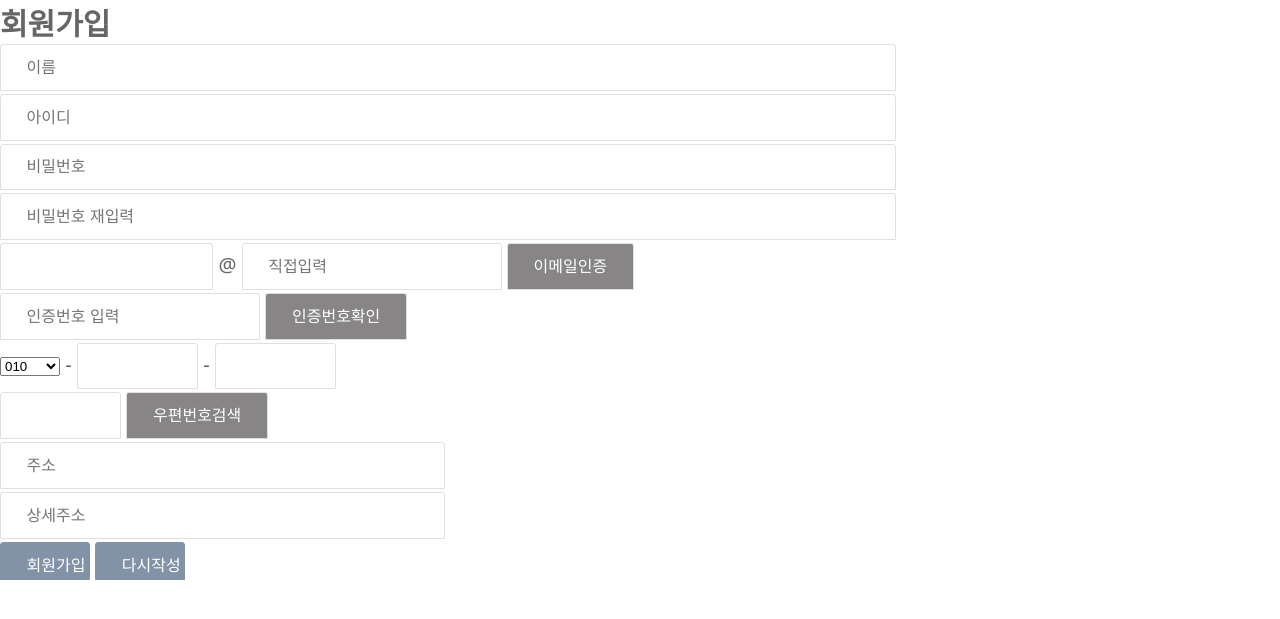
Repository: keepsus/gaebokchi
Page: http://localhost/uzuslime/member/memberWriteForm.jsp
The author's editor kept a copy of each file at every save. The page is drawn from the files as they stood at one save, then again after the next save.
The browser window is 1280 px wide. The pictures show the whole page.
Some web fonts or font styles are not loaded; a fallback is used. The page is served by Tomcat 9. Nobody is signed in. The application's start-up code is not run. Other server files are loaded and not shown.

Above is the page before, as saved 2021-02-01 06:30:20.

### uzuslime/src/main/webapp/member/memberWriteForm.jsp
<%@ page language="java" contentType="text/html; charset=UTF-8"
    pageEncoding="UTF-8"%>

    <link rel="stylesheet" href="/slime/css/memberWriteForm.css">
    <link rel="preconnect" href="https://fonts.gstatic.com">
    <link href="https://fonts.googleapis.com/css2?family=Raleway:ital,wght@0,200;0,300;0,400;0,500;1,300;1,400&display=swap" rel="stylesheet">


<form name="memberWriteForm" method="post" action="/slime/member/write">
	<div>
	    <h2 class="modal-header">회원가입</h2>
	</div>


	<article name="memberSignUpForm" class="signUpForm" >
	    <div class="input-text">
	        <input type="text" name="member_name" size="25" placeholder="이름">
	        <div id="nameDiv"></div>
	    </div>


	    <div class="input-text">
	        <input type="text" class="member_id" id="member_id" name="member_id" size="25" placeholder="아이디">
	        <input type="hidden" id="check" value="">
	      <div id="idDiv"></div>

	    </div>


	    <div class="input-text">
	        <input type="password" class="sign-pwd" name="member_pw" size="25" placeholder="비밀번호">
	        <div id="pwdDiv"></div>
	    </div>


	    <div class="input-text">
	        <input type="password" class="sign-repwd" name="repw" size="25" placeholder="비밀번호 재입력">
	        <div id="repwdDiv"></div>
	    </div>


	    <div class="signUp-email-form">
	        <input type="text" class="sign-email1" name="email1" size="15">
	        @
	        <input type="email" class="sign-email2" name="email2" list="email2" placeholder="직접입력">
	        <datalist id="email2">
	            <option value="gmail.com">
	            <option value="naver.com">
	            <option value="hanmail.net">
	        </datalist>
	        <input type="button" class="emailBtn" value="이메일인증" id="emailBtn"><br>
	         <input type="text" class="checkEmail" name="checkEmail" placeholder="인증번호 입력">
	        <input type="button" class="emailCheckBtn" value="인증번호확인" id="emailCheckBtn"><br>
	    </div>


	    <div class="signUp-phone-form">
	        <select name="tel1" class="sign-tel1" style="width: 60px;">
	            <option value="010">010
	            <option value="011">011
	            <option value="019">019
	        </select>
	         -
	         <input type="text" class="sign-tel2" name="tel2" size="5">
	         -
	         <input type="text" class="sign-tel3" name="tel3" size="5">
	    </div>


	    <div class="signUp-address-form">
	        <input type="text" class="sign-post" id="postcode" name="zipcode" size="5" readonly>
	        <input type="button" class="checkPostBtn" value="우편번호검색" id="checkPostBtn"><br>
	        <input type="text" class="sign-address" id="address" name="addr1" size="40"  readonly placeholder="주소"><br>
	        <input type="text" class="sign-detail" id="detailAddress" name="addr2" size="40" placeholder="상세주소">
	    </div>


	    <div class="signUp-btn-box">
	        <input type="button" id="writeBtn" value="회원가입">
	        <input type="reset" value="다시작성">
	    </div>
	</article>

	<input type="hidden" name="email_key" value="0">	<!— 일단 0으로 처리 —>
	<input type="hidden" name="admin_yn" value="0">		<!— 관리자는 1, 그 외는 0 —>

</form>
<script type="text/javascript" src="https://code.jquery.com/jquery-3.5.1.min.js"></script>	<!— 위아래 순서가 바뀌면 안된다 —>
<script type="text/javascript" src="/slime/js/member.js?ver=1"></script>	<!— 위아래 순서가 바뀌면 안된다 —>

### uzuslime/src/main/webapp/css/memberWriteForm.css
@charset "UTF-8";
* {
    margin: 0px;
    padding: 0px;
    box-sizing: border-box;
}

html {
    background-color: #fff;
    color: rgba(85, 85, 85, 0.897);
    font-family: 'Raleway','Noto Sans Korean','Apple SD Gothic Neo', 'Malgun Gothic','Nanum Gothic', 'Noto Sans','sans-serif';
    font-weight: 300px;
    font-size: 20px;
    text-rendering: optimizeLegibility;
    /* 반응형 웹사이트를 만드려고 기준으로 두었다. 폰트사이즈를 20px을 기본으로 주면 다른 태그에서 %를 사용해서 변경해주면
    폰트 사이즈를 바꿔줄때마다 웹사이트의 폰트 사이즈가 자동으로 바뀔 것이다. */
}

.modal-header{
	margin-botton: 8%;

}

.memberSignUpForm{
	text-align: center;
}

.input-text input{
    width: 70%;
    padding: 1% 2%;
    line-height: 1.2;
    border-radius: 3px 3px 0 0;
    border: 1px solid #e0e0e0;
    font-size: 80%;
    margin-bottom: 3px;
}

.emailBtn,.emailCheckBtn,.checkPostBtn{
    background-color: #fff;
    color: rgba(85, 85, 85, 0.897);
    border: 1px solid #e0e0e0;
    text-decoration: none;
    cursor: pointer;
    border-radius: 3px 3px 0 0;
}

.emailBtn,.emailCheckBtn,.checkPostBtn,.writeBtn:hover{
    transition: 0.4s;
    background-color: rgba(78, 76, 76, 0.678);
    color: white;
}

.signUp-email-form input {
	padding: 1% 2%;
    line-height: 1.2;
    border-radius: 3px 3px 0 0;
    border: 1px solid #e0e0e0;
    font-size: 80%;
    margin-bottom: 3px;
}

.signUp-phone-form input {
	padding: 1% 2%;
    line-height: 1.2;
    border-radius: 3px 3px 0 0;
    border: 1px solid #e0e0e0;
    font-size: 80%;
    margin-bottom: 3px;
}

.signUp-address-form input {
	padding: 1% 2%;
    line-height: 1.2;
    border-radius: 3px 3px 0 0;
    border: 1px solid #e0e0e0;
    font-size: 80%;
    margin-bottom: 3px;
}

.signUp-btn-box input{
	padding: 1% 2%;
    line-height: 1.2;
    border-radius: 3px 3px 0 0;
    border: 1px solid #8393a7;
    background-color: #8393a7;
    font-size: 80%;
    color :white;
    margin-bottom: 3px;
    width: 90px;
    height:38px;
    cursor:pointer;
}

### uzuslime/src/main/webapp/js/member.js
//로그인
$('#loginBtn').click(function(){
	$('#loginIdDiv').empty();
	$('#loginPwdDiv').empty();

	if($('#loginId').val()==''){
		$('#loginIdDiv').text('아이디를 입력')
						.css('color','red')
						.css('font-size','8pt')
						.css('font-weight','bold');

	}else if($('#loginPwd').val()==''){
		$('#loginPwdDiv').text('비밀번호를 입력')
						 .css('color','red')
						 .css('font-size','8pt')
						 .css('font-weight','bold');
	}else{
		$.ajax({
			type : 'post',
			url: '/slime/member/login',
			data: {'member_id': $('#loginId').val(), 'pwpwpw': $('#loginPwd').val()},

			dataType: 'text',
			success: function(data){
				if(data == 'success'){
					location.href = '/slime/index.jsp';

				}else if(data == 'fail'){

					alert('잘못된 정보입니다. 다시 입력해주세요.');
				}
			},//success
			error: function(err){
				console.log(err);
			}//error

		});//ajax
	}//else
});//click

//회원가입
$('#writeBtn').click(function(){
	$('#nameDiv').empty();
	$('#idDiv').empty();
	$('#pwdDiv').empty();
	$('#repwdDiv').empty();
	$('#emailDiv').empty();
	var idReg = /^[A-za-z0-9]/g;
	//아이디 한글못넣게 하는 것
	//[영문 대문자 또는 소문자로 시작하는 아이디, 끝날때 제한 없음]

	//if($('#name').val()==''){ -> 방법 1
	//if($('input[id=member_name]').val()==''){ -> 방법 2
	//id 속성이용은 2가지 방법 모두 가능
	if($('input[id=member_name]').val()==''){
		$('#nameDiv').text('이름을 입력하세요');
		$('#nameDiv').css('color','red');
		$('#nameDiv').css('font-size','8pt');
		$('#nameDiv').css('font-weight','bold');

	}else if($('#member_id').val()==''){	//id 속성이용
		$('#idDiv').text('아이디를 입력하세요');
		$('#idDiv').css('color','red');
		$('#idDiv').css('font-size','8pt');
		$('#idDiv').css('font-weight','bold');

	}else if( !idReg.test( $("input[id=member_id]").val() ) ){
		$('#idDiv').text('아이디는 영문자로 시작하는 6~20자 영문자 또는 숫자이어야 합니다.');
		$('#idDiv').css('color','red');
		$('#idDiv').css('font-size','8pt');
		$('#idDiv').css('font-weight','bold');

	}else if($('input[name=member_pw]').val()==''){
		$('#pwdDiv').text('비밀번호를 입력하세요')
		$('#pwdDiv').css('color','red')
		$('#pwdDiv').css('font-size','8pt')
		$('#pwdDiv').css('font-weight','bold');

	}else if($('input[name=repw]').val() != $('input[name=member_pw]').val()){
		$('#repwdDiv').text('비밀번호가 맞지 않습니다')
		$('#repwdDiv').css('color','red')
		$('#repwdDiv').css('font-size','8pt')
		$('#repwdDiv').css('font-weight','bold');

	}else if($('#member_id').val() != $('#check').val()){
		$('#idDiv').text('중복체크 하세요')
		$('#idDiv').css('color','red')
		$('#idDiv').css('font-size','8pt')
		$('#idDiv').css('font-weight','bold');

	}else if($('input[name=email1]').val()==''||$('input[name=email2]').val()==''){
		$('#emailDiv').text('이메일을 입력하세요')
		$('#emailDiv').css('color','red')
		$('#emailDiv').css('font-size','8pt')
		$('#emailDiv').css('font-weight','bold');

	}else{
		$('form[name=memberWriteForm]').submit();
	}
});

//중복 아이디 체크
$('#member_id').focusout(function(){
	if($('#member_id').val()==''){
		$('#idDiv').text('먼저 아이디를 입력하세요')
		$('#idDiv').css('color','magenta')
		$('#idDiv').css('font-size','8pt')
		$('#idDiv').css('font-weight','bold');

	}else{
		$.ajax({
			type: 'post',
			url: '/slime/member/checkId',
			data: 'member_id='+$('#member_id').val(),
			dataType: 'text',
			success: function(data){
				if(data == 'exist'){
					$('#idDiv').text('사용 불가능')
					$('#idDiv').css('color','magenta')
					$('#idDiv').css('font-size','8pt')
					$('#idDiv').css('font-weight','bold');

				}else if(data == 'non_exist'){
					$('#check').val($('#member_id').val());

					$('#idDiv').text('사용 가능')
					$('#idDiv').css('color','blue')
					$('#idDiv').css('font-size','8pt')
					$('#idDiv').css('font-weight','bold');
				}
			}
		});
	}
});

//우편번호
$('#checkPostBtn').click(function(){
	window.open("/slime/member/memberCheckPost", "zipcode", "width=700 height=500 scrollbars=yes");
});

$('#checkPostSearchBtn').click(function(){
	$.ajax({
		type: 'post',
		url: '/slime/member/checkPostSearch',
		data: $('#memberCheckPostForm').serialize(),	//serialize : '변수=값&변수=값'
		dataType: 'json',
		success: function(data){
			//alert(JSON.stringify(data));

			$('#checkPostTable tr:gt(2)').remove();

			$.each(data.list, function(index, items){
				var address = items.sido+' '
							+ items.sigungu+' '
							+ items.yubmyundong+' '
							+ items.ri+' '
							+ items.roadname+' '
							+ items.buildingname;

				address = address.replace(/null/g, '');

				$('<tr/>').append($('<td/>',{
					align: 'center',
					text: items.zipcode

				})).append($('<td/>',{
					colspan: '3',
					}).append($('<a/>',{
						href: '#',
						id: 'addressA',
						text: address
					}))
				).appendTo($('#checkPostTable'));
			});//each

			$('a').click(function(){
				//alert($(this).prop('tagName'));
				//alert($(this).parent().prev().text());

				$('#postcode', opener.document).val($(this).parent().prev().text());
				$('#address', opener.document).val($(this).text());
				$('#detailAddress', opener.document).focus();
				window.close();
			});
		},
		error: function(err){
			console.log(err);
		}
	});
});

//회원정보수정
$('#modifyBtn').click(function(){
	$('#nameDiv').empty();
	$('#pwdDiv').empty();
	$('#repwdDiv').empty();

	if($('#member_name').val()==''){
		$('#nameDiv').text('이름을 입력하세요');
		$('#nameDiv').css('color','red');
		$('#nameDiv').css('font-size','8pt');
		$('#nameDiv').css('font-weight','bold');

	}else if($('input[name=member_pw]').val()==''){
		$('#pwdDiv').text('비밀번호를 입력하세요')
		$('#pwdDiv').css('color','red')
		$('#pwdDiv').css('font-size','8pt')
		$('#pwdDiv').css('font-weight','bold');

	}else if($('input[name=repw]').val() != $('input[name=member_pw]').val()){
		$('#repwdDiv').text('비밀번호가 맞지 않습니다')
		$('#repwdDiv').css('color','red')
		$('#repwdDiv').css('font-size','8pt')
		$('#repwdDiv').css('font-weight','bold');

	}else{
		$.ajax({
			type: 'post',
			url: '/slime/member/modify',
			data: $('#memberModifyForm').serialize(),	//serialize : '변수=값&변수=값'
			success: function(){
				alert('회원정보수정 완료');
				location.href='/slime/mypage/myPageOrder.jsp';
			},
			error: function(err){
				console.log(err);
			}
		});
	}
});

//아이디 찾기
$('#searchBtn').click(function(){
	$.ajax({
		type: 'post',
		url: '/slime/member/memberIdSearch',
		data: $('#memberSearch').serialize(),
		dataType: 'text',
		success: function(data){
			alert("회원님의 ID는 "+data+" 입니다");
			location.href='/slime/index.jsp';
		},
		error: function(err){
			alert("틀린 정보입니다. 다시 확인해주세요.")
			console.log(err);
		}
	});
});


//이메일 인증 보내기
$('#emailBtn').click(function(){
	$('#emailDiv').empty();
	if($('input[name=email1]').val()==''||$('input[name=email2]').val()==''){
		$('#emailDiv').text('이메일을 입력하세요');
		$('#emailDiv').css('color','red');
		$('#emailDiv').css('font-size','8pt');
		$('#emailDiv').css('font-weight','bold');

	}else{
		$.ajax({
			type: 'post',
			url: '/slime/member/sendEmail',
			data: 'e_mail='+$('#email1').val()+'@'+$('#email2').val(),
			dataType: 'json',
			success: function(data){
				$('#emailDiv').text('이메일이 발송되었습니다. 인증번호를 입력헤주세요');
				$('#emailDiv').css('color','red');
				$('#emailDiv').css('font-size','8pt');
				$('#emailDiv').css('font-weight','bold');
				console.log('이메일 data ='+ JSON.stringify(data));//data가 들어오는것인가?이상한게 찍힌다.
				$('#checkEmailR').val(data.dice);//받은 인증번호를 jsp에 있는 hidden 속성에 넣어주기
			},
			error: function(err){
				console.log(err);
			}
		});
	}

});


//이메일 인증번호 확인
$('#emailCheckBtn').click(function(){
	$('#emailDiv').empty();

	if($('input[id=checkEmail]').val()==''){
		$('#emailDiv').text('이메일 인증번호를 입력해주세요 ')
		$('#emailDiv').css('color','magenta')
		$('#emailDiv').css('font-size','8pt')
		$('#emailDiv').css('font-weight','bold');

	}else{
		if
		(document.getElementById('checkEmail').value == document.getElementById('checkEmailR').value){
			$('#emailDiv').text('인증되었습니다.')
			$('#emailDiv').css('color','magenta')
			$('#emailDiv').css('font-size','8pt')
			$('#emailDiv').css('font-weight','bold');
		}else if
		(document.getElementById('checkEmail').value != document.getElementById('checkEmailR').value){
			$('#emailDiv').text('인증번호가 맞지 않습니다.')
			$('#emailDiv').css('color','magenta')
			$('#emailDiv').css('font-size','8pt')
			$('#emailDiv').css('font-weight','bold');
		}
	}

});

After the next save:
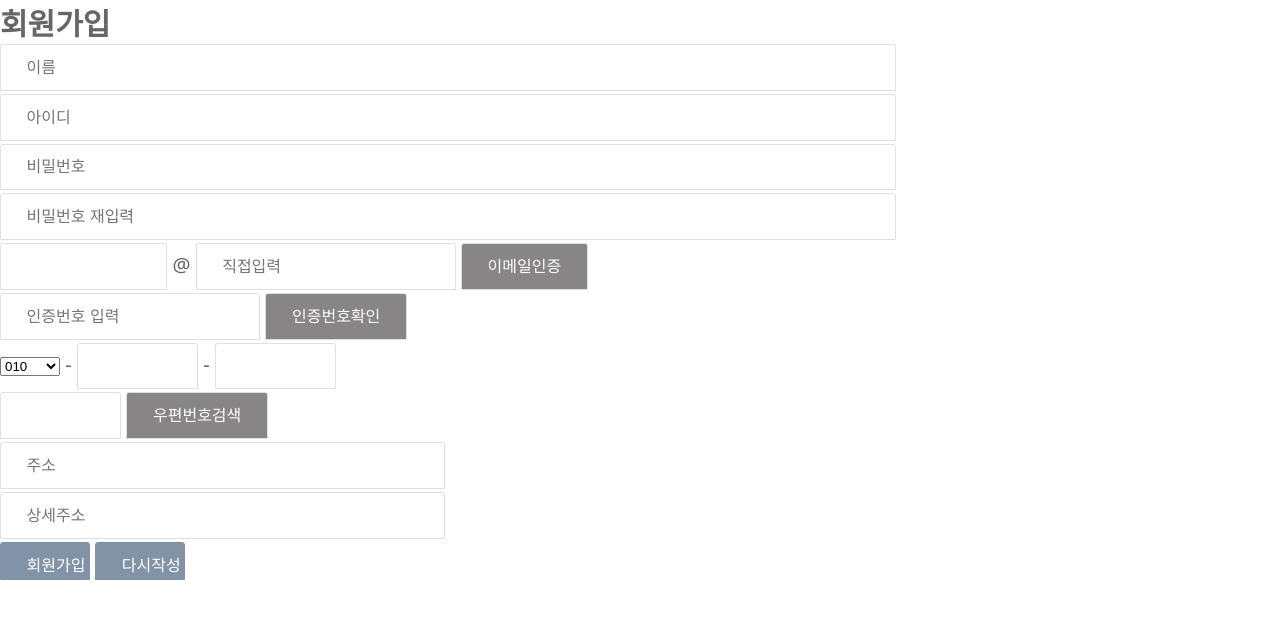
Saved 7 s later.
--- a/uzuslime/src/main/webapp/member/memberWriteForm.jsp
+++ b/uzuslime/src/main/webapp/member/memberWriteForm.jsp
@@ -40,7 +40,7 @@
 
 
 	    <div class="signUp-email-form">
-	        <input type="text" class="sign-email1" name="email1" size="15">
+	        <input type="text" class="sign-email1" name="email1" size="10">
 	        @
 	        <input type="email" class="sign-email2" name="email2" list="email2" placeholder="직접입력">
 	        <datalist id="email2">
